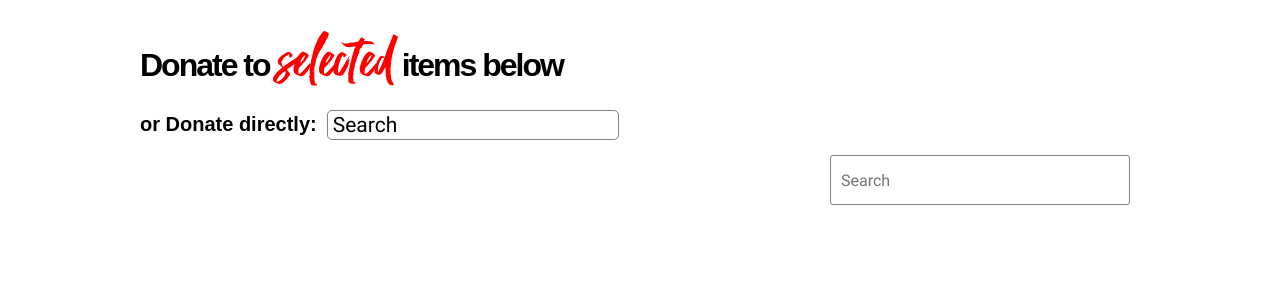
Repository: David-Waite/edableStyleChanges
Page: /
The author's editor kept a copy of each file at every save. The page is drawn from the files as they stood at one save, then again after a run of saves.
The browser window is 1280 px wide. The pictures show the whole page.
The project was rebuilt for these pictures with package versions that can differ from the ones it lists, and the page was loaded fresh each time. Also part of the build but not shown: src/components/Item/ProgressBar.css, src/components/Volunteer/Volunteer.tsx, src/components/DonorForm/Message.css, src/components/Volunteer/VolunteerError.tsx, src/components/Default.tsx, src/components/DonorForm/Paypal.tsx, src/components/DonorForm/DonorForm.tsx, src/components/DonorForm/PastDonations.css and 8 more.

Above is the page before, as saved 2022-11-09 19:16:46.

After the next 2 saves:
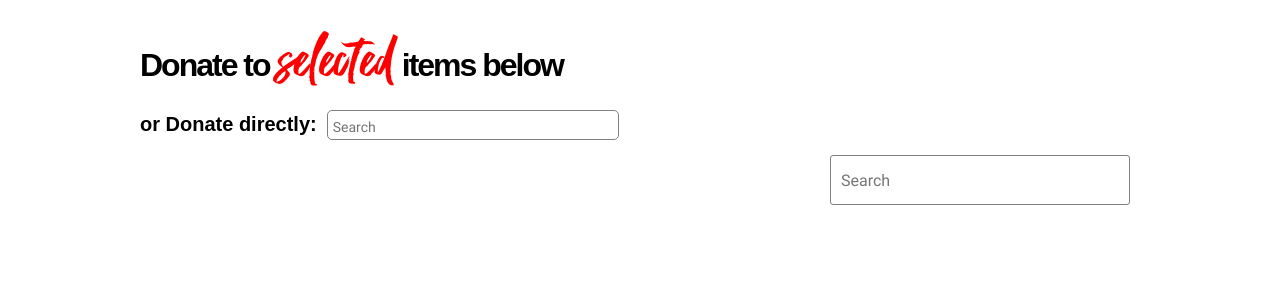
The 2 saves are shown as one change because they came seconds apart.
The last was saved 8 s later.
--- a/src/components/Landing/Landing.css
+++ b/src/components/Landing/Landing.css
@@ -53,7 +53,7 @@
 
 .orgSearchBar input::placeholder {
   padding-left: 5px;
-  color: black;
+  font-size: 14px;
 }
 
 .orgSearchBar {
